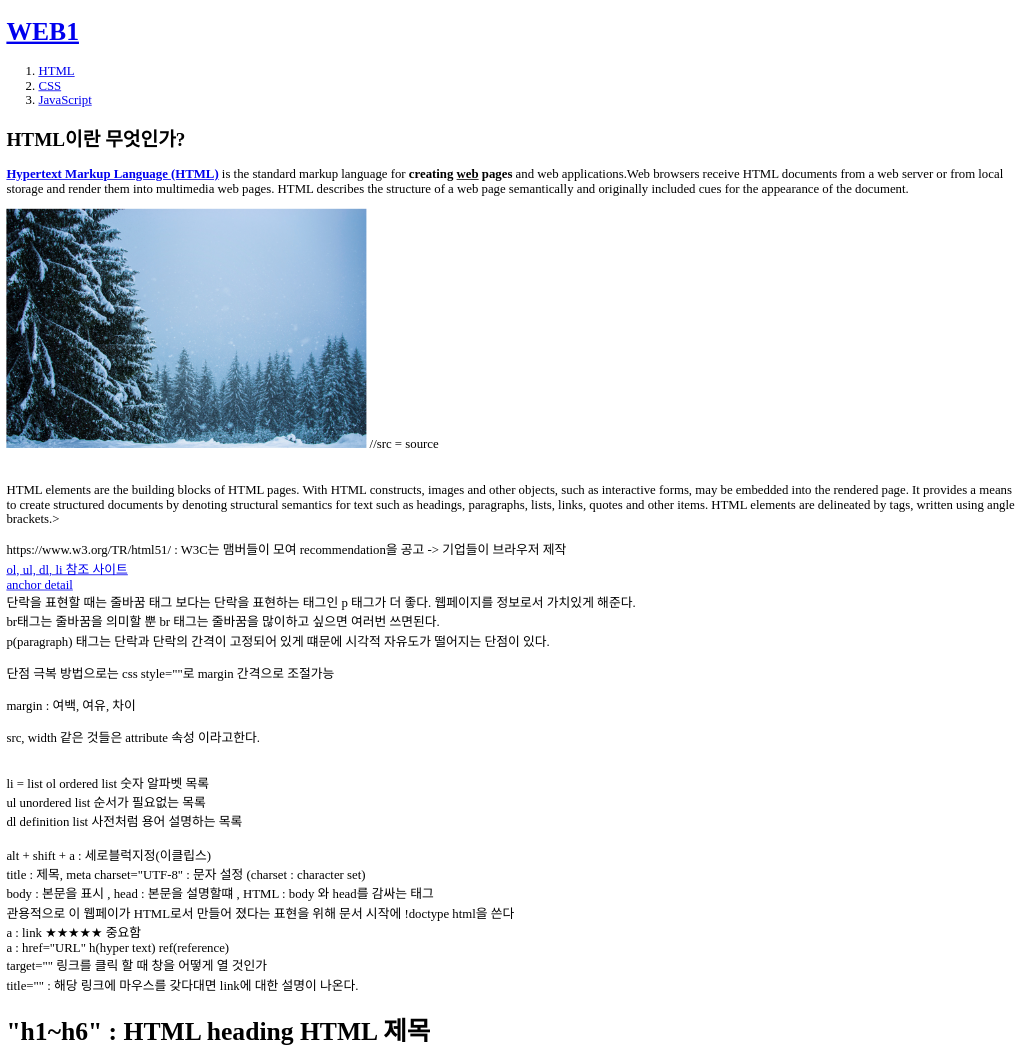
Repository: winterer4/Web-1
Page: HTML5/1.html
These files come from the project's save history. The page is drawn as it stood at one moment and after the next save; the edit follows.
The browser window is 1280 px wide. The pictures show the whole page, at 80% of full size.

Above is the page before, as saved 2018-10-29 07:40:55.

After the next save:
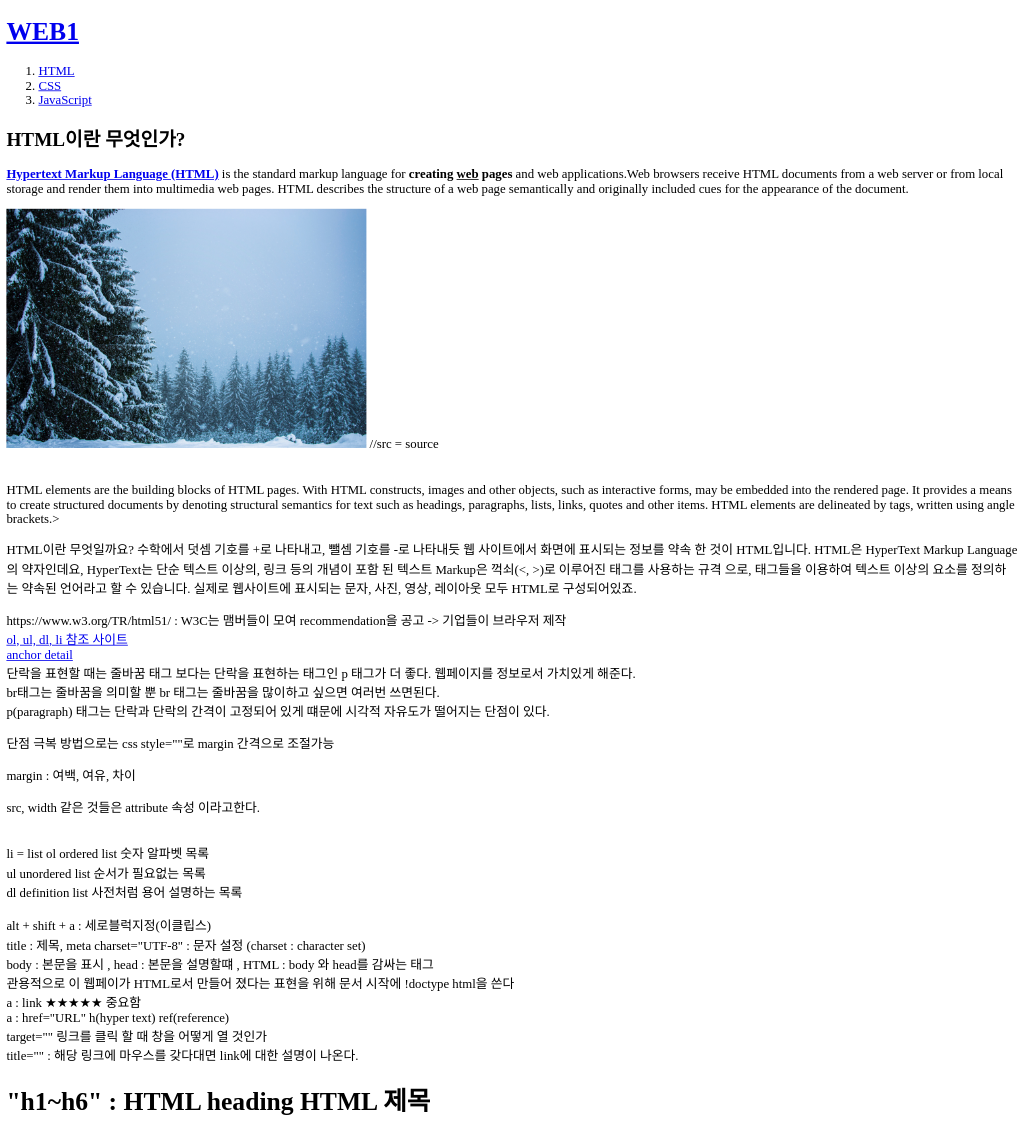
Saved 15 s later.
--- a/HTML5/1.html
+++ b/HTML5/1.html
@@ -31,6 +31,20 @@
 		and other items. HTML elements are delineated by tags, written using
 		angle brackets.></p>
 
+<p>
+HTML이란 무엇일까요?
+
+수학에서 덧셈 기호를 +로 나타내고, 뺄셈 기호를 -로 나타내듯
+웹 사이트에서 화면에 표시되는 정보를 약속 한 것이 HTML입니다.
+
+HTML은 HyperText Markup Language의 약자인데요,
+
+HyperText는 단순 텍스트 이상의, 링크 등의 개념이 포함 된 텍스트
+Markup은 꺽쇠(<, >)로 이루어진 태그를 사용하는 규격
+으로, 태그들을 이용하여 텍스트 이상의 요소를 정의하는 약속된 언어라고 할 수 있습니다.
+
+실제로 웹사이트에 표시되는 문자, 사진, 영상, 레이아웃 모두 HTML로 구성되어있죠.
+</p>
 
 
 https://www.w3.org/TR/html51/ : W3C는 맴버들이 모여 recommendation을 공고 -> 기업들이 브라우저 제작
